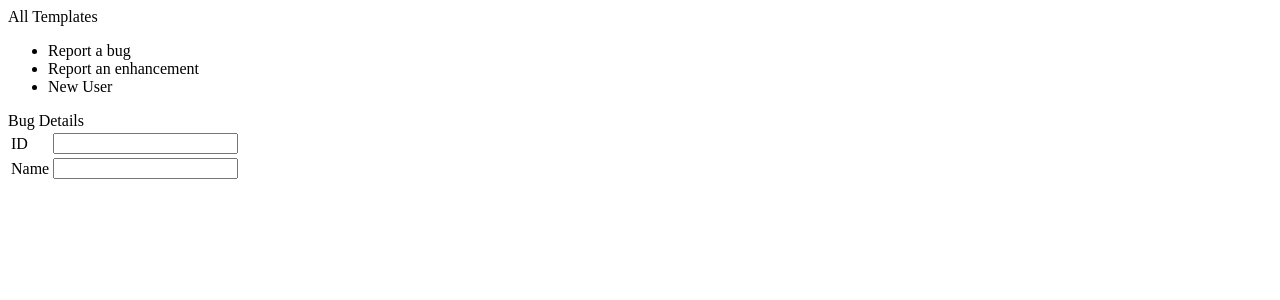
Repository: joliest/MyGits
Page: http://localhost/MiniTracker/Template.jsp
An editor plug-in stored every save of this project. The page is shown before and after the next save, followed by the edit.
The browser window is 1280 px wide. The pictures show the whole page.
The page is served by Tomcat 9.

Above is the page before, as saved 2017-12-06 12:58:48.

After the next save:
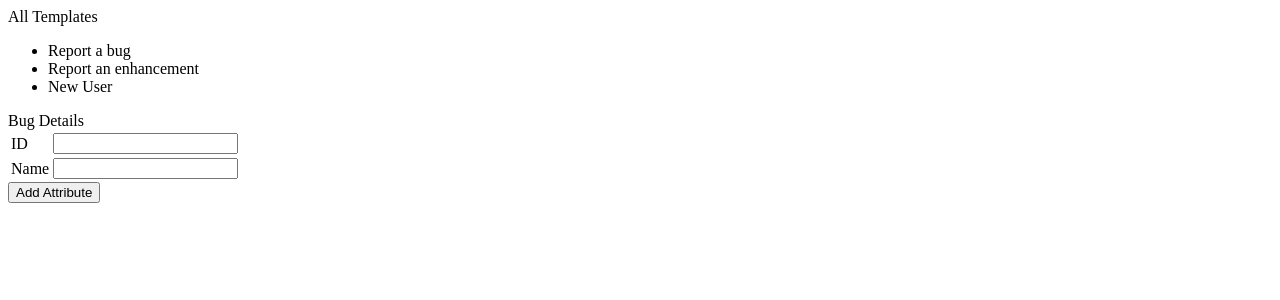
Saved 55 s later.
--- a/Java/Project_JIRA/MiniTracker/WebContent/Template.jsp
+++ b/Java/Project_JIRA/MiniTracker/WebContent/Template.jsp
@@ -21,5 +21,6 @@
 			</tr>
 		</table>
 
+		<input type="button" value="Add Attribute">
 	</body>
 </html>
